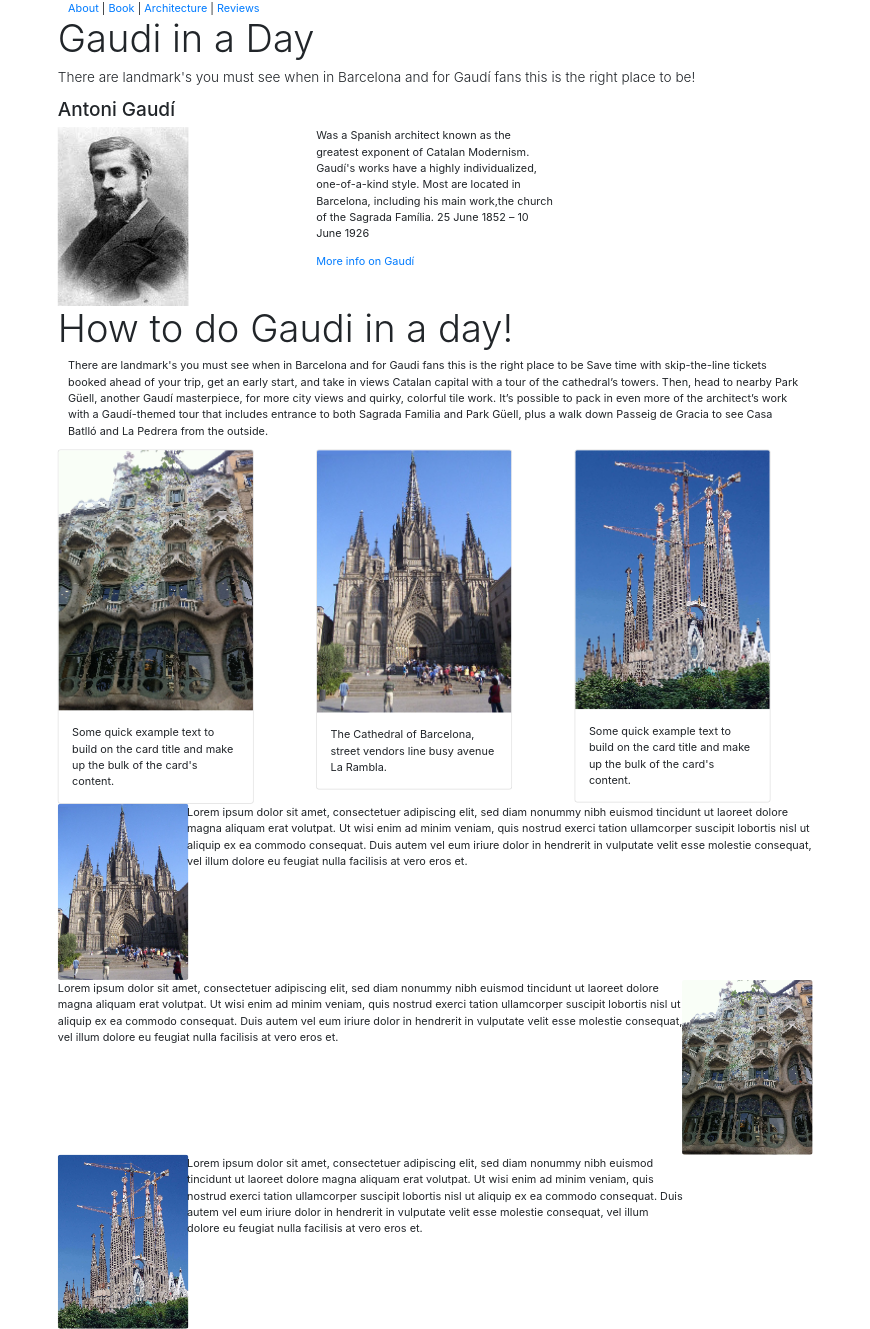
Repository: Taitdanielle/Milestone1
Page: index.html
The author's editor kept a record of every edit. The page is drawn from the files as they stood at one moment, then again after the next edit.
The browser window is 1280 px wide. The pictures show the whole page, at 68% of full size.

Above is the page before.

### index.html
<!DOCTYPE html>
<html lang="en">

<head>
    <title>Gaudí in a day!</title>
    <meta charset="UTF-8">
    <meta name="viewport" content="width=device-width, initial-scale=1.0">
    <meta http-equiv="X-UA-Compatible" content="ie=edge">
    <link rel="stylesheet" href="css/style.css" type="text/css" />
    <link href="https://fonts.googleapis.com/css?family=Lato&display=swap" rel="stylesheet">
    <link rel="stylesheet" href="https://stackpath.bootstrapcdn.com/bootstrap/4.3.1/css/bootstrap.min.css" integrity="sha384-ggOyR0iXCbMQv3Xipma34MD+dH/1fQ784/j6cY/iJTQUOhcWr7x9JvoRxT2MZw1T" crossorigin="anonymous">
</head>

<nav>
    <div class="container">
        <div class="col-md-12">
            <a href="/about/">About</a> |
            <a href="/book/">Book</a> |
            <a href="/architecture/">Architecture</a> |
            <a href="/reviews/">Reviews</a>
        </div>
    </div>
</nav>


<body class="background-color:#FDF7FF;">

    <div class="container">
        <h1 class="display-4">Gaudi in a Day</h1>
        <p class="lead">There are landmark's you must see when in Barcelona and for Gaudí fans this is the right place to be!</p>
    </div>

    <div class="container">
        <div class="row">
            <div class="col-md-12 title-heading-conatainer">
                <h3 class="title-heading"> Antoni Gaudí </h3>
            </div>
            <div class="col-md-4">
                <img src="images/gaudi.jpg" </img>
            </div>
            <div class="col-md-4">
                <p>Was a Spanish architect known as the greatest exponent of Catalan Modernism. Gaudí's works have a highly individualized, one-of-a-kind style. Most are located in Barcelona, including his main work,the church of the Sagrada Família. 25
                    June 1852 – 10 June 1926 </p>
                <a href="https://en.wikipedia.org/wiki/Antoni_Gaud%C3%AD">More info on Gaudí</a>
            </div>
        </div>
    </div>

    <div class="container">
        <h2 class="display-4"> How to do Gaudi in a day!</h2>
        <p class="col-md-12"> There are landmark's you must see when in Barcelona and for Gaudi fans this is the right place to be Save time with skip-the-line tickets booked ahead of your trip, get an early start, and take in views Catalan capital with a tour of the cathedral’s
            towers. Then, head to nearby Park Güell, another Gaudí masterpiece, for more city views and quirky, colorful tile work. It’s possible to pack in even more of the architect’s work with a Gaudí-themed tour that includes entrance to both Sagrada
            Familia and Park Güell, plus a walk down Passeig de Gracia to see Casa Batlló and La Pedrera from the outside. </p>
    </div>

    <!-- image cards -->
    <div class="container">
        <div class="row">
            <div class="col-md-4">
                <div class="card" style="width: 18rem;">
                    <img src="images/gaudi2.jpg" class="card-img-top" alt="Casa Battlo Building">
                    <div class="card-body">
                        <p class="card-text">Some quick example text to build on the card title and make up the bulk of the card's content.</p>
                    </div>
                </div>
            </div>
            <div class="col-md-4">
                <div class="card" style="width: 18rem;">
                    <img src="images/Sta-eulalia.jpg" class="card-img-top" alt=" Barri Gotic Building">
                    <div class="card-body">
                        <p class="card-text">The Cathedral of Barcelona, street vendors line busy avenue La Rambla.</p>
                    </div>
                </div>
            </div>
            <div class="col-md-4">
                <div class="card" style="width: 18rem;">
                    <img src="images/sagrada-familia-1028930_1920.jpg" class="card-img-top" alt="sagrada-familia-building">
                    <div class="card-body">
                        <p class="card-text">Some quick example text to build on the card title and make up the bulk of the card's content.</p>
                    </div>
                </div>
            </div>
        </div>
    </div>

    <div class="container">

        <div class="row">
            <div class="col-md-2">
                <img src="images/Sta-eulalia.jpg" class="rounded float-left" alt="barrigotic building">
            </div>
            <div class="col-md-10">
                <p class="par-padding-left">Lorem ipsum dolor sit amet, consectetuer adipiscing elit, sed diam nonummy nibh euismod tincidunt ut laoreet dolore magna aliquam erat volutpat. Ut wisi enim ad minim veniam, quis nostrud exerci tation ullamcorper suscipit lobortis nisl
                    ut aliquip ex ea commodo consequat. Duis autem vel eum iriure dolor in hendrerit in vulputate velit esse molestie consequat, vel illum dolore eu feugiat nulla facilisis at vero eros et.</p>
            </div>
        </div>


        <div class="row">
            <div class="col-md-10">
                <p class="par-padding-left"> Lorem ipsum dolor sit amet, consectetuer adipiscing elit, sed diam nonummy nibh euismod tincidunt ut laoreet dolore magna aliquam erat volutpat. Ut wisi enim ad minim veniam, quis nostrud exerci tation ullamcorper suscipit lobortis nisl
                    ut aliquip ex ea commodo consequat. Duis autem vel eum iriure dolor in hendrerit in vulputate velit esse molestie consequat, vel illum dolore eu feugiat nulla facilisis at vero eros et.</p>
            </div>
            <div class="col-md-2">
                <img src="images/gaudi2.jpg" class="rounded float-right" alt="Building">
            </div>
        </div>

        <div class="row">
            <div class="col-md-2">
                <img src="images/sagrada-familia-1028930_1920.jpg" class="rounded float-left" alt=building>
            </div>
            <div class="col-md-8">
                <p> Lorem ipsum dolor sit amet, consectetuer adipiscing elit, sed diam nonummy nibh euismod tincidunt ut laoreet dolore magna aliquam erat volutpat. Ut wisi enim ad minim veniam, quis nostrud exerci tation ullamcorper suscipit lobortis nisl ut
                    aliquip ex ea commodo consequat. Duis autem vel eum iriure dolor in hendrerit in vulputate velit esse molestie consequat, vel illum dolore eu feugiat nulla facilisis at vero eros et.</p>
            </div>
        </div>
    </div>
</body>

</html>

### css/style.css
container {
    background-color: #FBEAFF;
}

After the next edit:
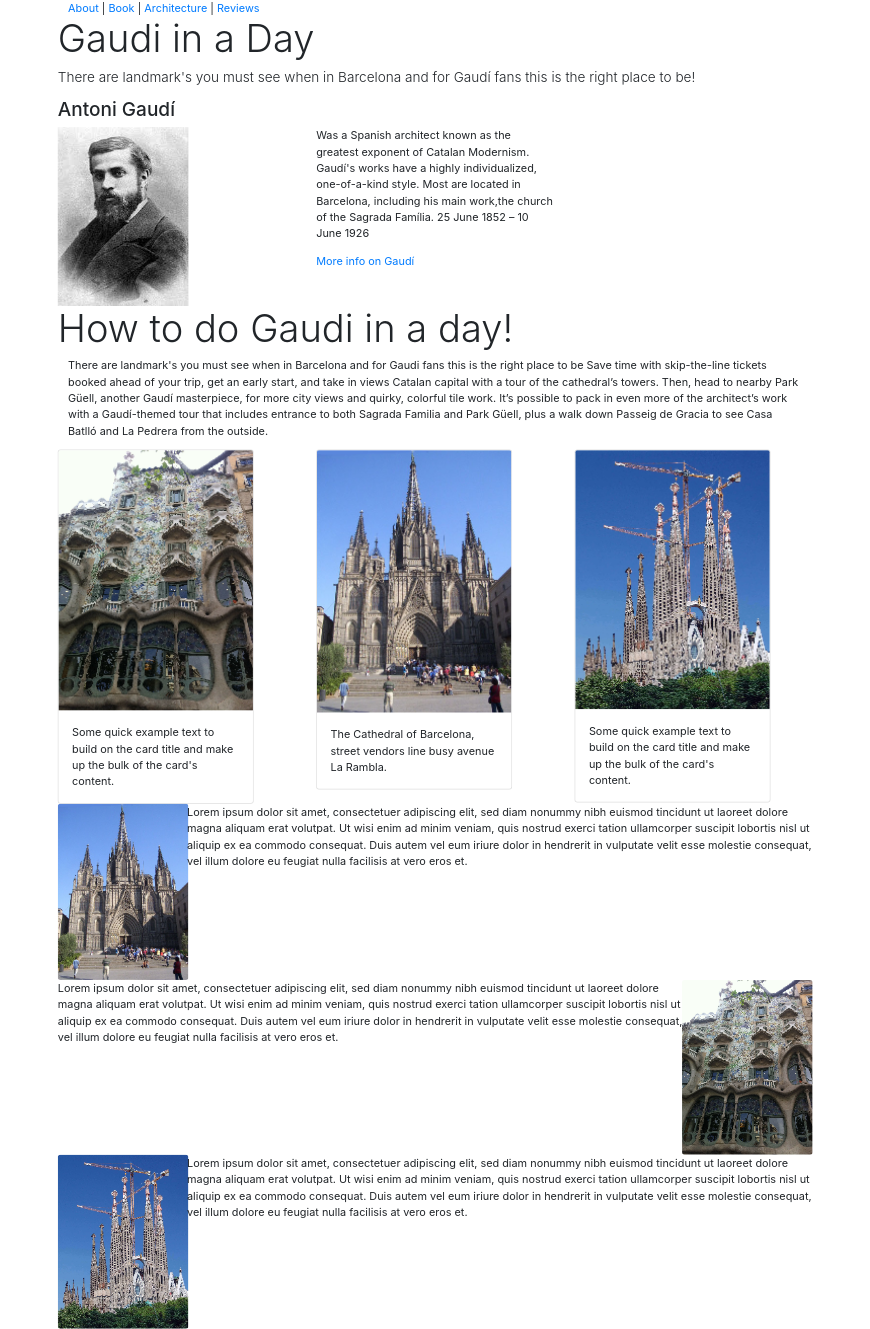
The edit:
--- a/index.html
+++ b/index.html
@@ -110,8 +110,8 @@
             <div class="col-md-2">
                 <img src="images/sagrada-familia-1028930_1920.jpg" class="rounded float-left" alt=building>
             </div>
-            <div class="col-md-8">
-                <p> Lorem ipsum dolor sit amet, consectetuer adipiscing elit, sed diam nonummy nibh euismod tincidunt ut laoreet dolore magna aliquam erat volutpat. Ut wisi enim ad minim veniam, quis nostrud exerci tation ullamcorper suscipit lobortis nisl ut
+            <div class="col-md-10">
+                <p clas="par-padding-left"> Lorem ipsum dolor sit amet, consectetuer adipiscing elit, sed diam nonummy nibh euismod tincidunt ut laoreet dolore magna aliquam erat volutpat. Ut wisi enim ad minim veniam, quis nostrud exerci tation ullamcorper suscipit lobortis nisl ut
                     aliquip ex ea commodo consequat. Duis autem vel eum iriure dolor in hendrerit in vulputate velit esse molestie consequat, vel illum dolore eu feugiat nulla facilisis at vero eros et.</p>
             </div>
         </div>
